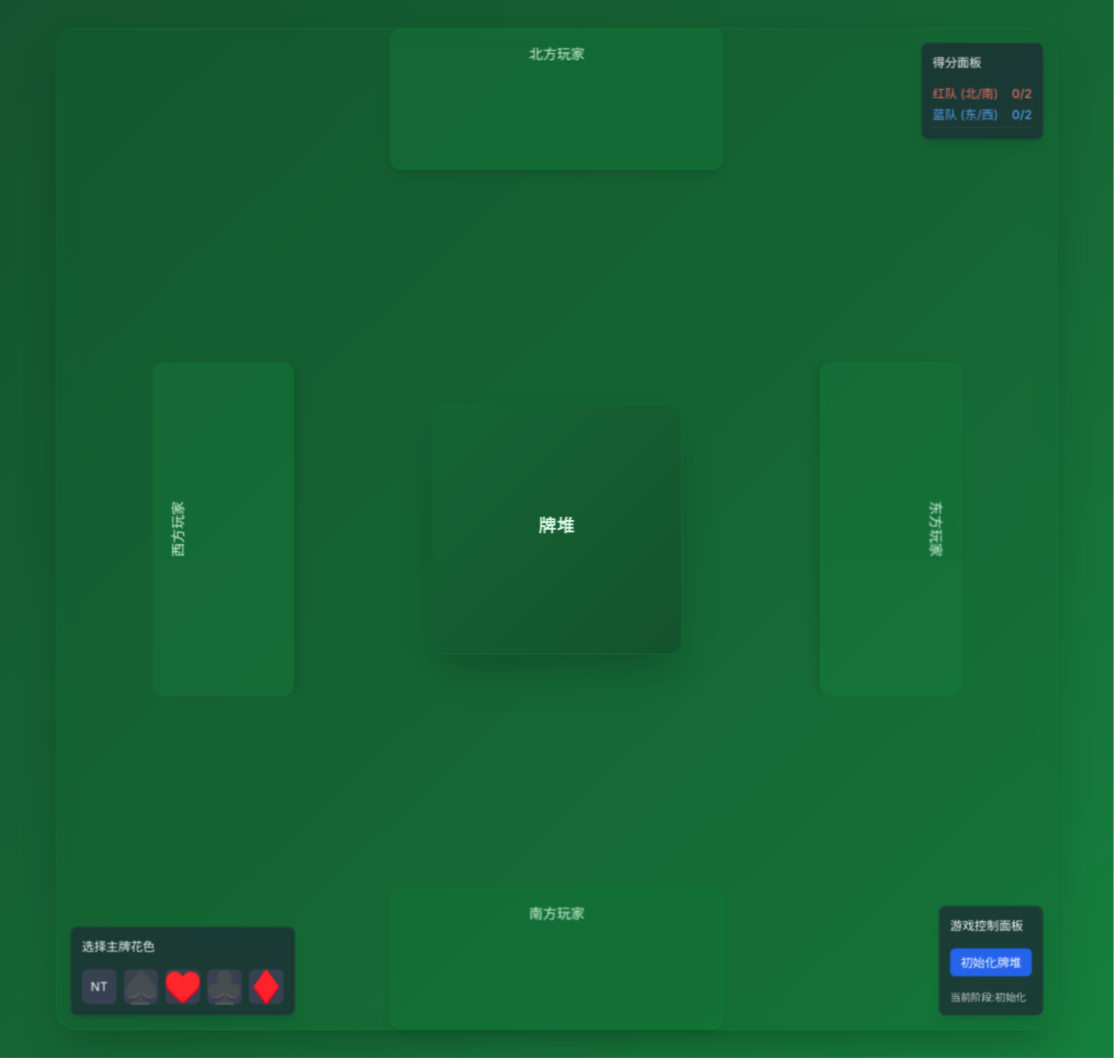
Repository: laofansay/Tractor80
Page: /
An editor plug-in stored every save of this project. The page is shown before and after the next save, followed by the edit.
The browser window is 1280 px wide. The pictures show the whole page, at 87% of full size.
The project was rebuilt for these pictures with package versions that can differ from the ones it lists, and the page was loaded fresh each time. The framework's server and built-in components were replaced by stand-ins that run in the browser. Also part of the build but not shown: next.config.js, app/components/Card.tsx.

Above is the page before, as saved 2025-03-11 13:08:30.

### app/layout.tsx
import type { Metadata } from 'next'
import { Inter } from 'next/font/google'
import './globals.css'

const inter = Inter({ subsets: ['latin'] })

export const metadata: Metadata = {
  title: 'Card Game',
  description: 'A Next.js Card Game Application',
}

export default function RootLayout({
  children,
}: {
  children: React.ReactNode
}) {
  return (
    <html lang="en">
      <body className={inter.className}>{children}</body>
    </html>
  )
}

### app/globals.css
@tailwind base;
@tailwind components;
@tailwind utilities;

:root {
  --foreground-rgb: 0, 0, 0;
  --background-start-rgb: 214, 219, 220;
  --background-end-rgb: 255, 255, 255;
}

@media (prefers-color-scheme: dark) {
  :root {
    --foreground-rgb: 255, 255, 255;
    --background-start-rgb: 0, 0, 0;
    --background-end-rgb: 0, 0, 0;
  }
}

body {
  color: rgb(var(--foreground-rgb));
  background: linear-gradient(
    to bottom,
    transparent,
    rgb(var(--background-end-rgb))
  )
  rgb(var(--background-start-rgb));
}

### app/components/AdminPanel.tsx
'use client';

import { useState } from 'react';
import { Card } from './Card';
import { GamePhase, Position } from './constant/Constant';

type AdminPanelProps = {
    onInitialize: () => void;
    onDeal: () => void;
    onPickBottomCards: () => void;
    onBottomCards: () => void;
    onStartPlaying: () => void;
    gamePhase: GamePhase;
    deckLength: number;
};

export function AdminPanel({
    onInitialize,
    onDeal,
    onPickBottomCards,
    onBottomCards,
    onStartPlaying,
    gamePhase,
    deckLength,
}: AdminPanelProps) {

    return (
        <div className="absolute bottom-4 right-4 p-3 bg-gray-800/70 rounded-lg backdrop-blur-md border border-gray-700/50 shadow-lg">
            <div className="flex flex-col gap-2">
                <div className="text-white text-sm mb-2 font-medium">游戏控制面板</div>

                {(gamePhase === 'initial' || gamePhase === 'playing') && (
                    <button
                        onClick={onInitialize}
                        className="px-3 py-1.5 bg-blue-600 hover:bg-blue-500 text-white rounded-md transition-colors text-sm"
                    >
                        {gamePhase === 'playing' ? '重新开始' : '初始化牌堆'}
                    </button>
                )}

                {gamePhase === 'initial' && deckLength > 0 && (
                    <button
                        onClick={onDeal}
                        className="px-3 py-1.5 bg-green-600 hover:bg-green-500 text-white rounded-md transition-colors text-sm"
                    >
                        开始发牌
                    </button>
                )}

                {gamePhase === 'pickBottomCards' && (
                    <button
                        onClick={onPickBottomCards}
                        className="px-3 py-1.5 bg-yellow-600 hover:bg-yellow-500 text-white rounded-md transition-colors text-sm"
                    >
                        庄家拾底
                    </button>
                )}

                {gamePhase === 'bottomCards' && (
                    <button
                        onClick={onBottomCards}
                        className="px-3 py-1.5 bg-yellow-600 hover:bg-yellow-500 text-white rounded-md transition-colors text-sm"
                    >
                        庄家扣底
                    </button>
                )}

                {gamePhase === 'bottomCards' && (
                    <button
                        onClick={onStartPlaying}
                        className="px-3 py-1.5 bg-red-600 hover:bg-red-500 text-white rounded-md transition-colors text-sm"
                    >
                        开始出牌
                    </button>
                )}

                <div className="text-gray-300 text-xs mt-2">
                    当前阶段:
                    {gamePhase === 'initial' && '初始化'}
                    {gamePhase === 'dealing' && '发牌中'}
                    {gamePhase === 'trumpSelection' && '亮主阶段'}
                    {gamePhase === 'pickBottomCards' && '庄家拾底'}
                    {gamePhase === 'bottomCards' && '庄家扣底'}
                    {gamePhase === 'playing' && '出牌阶段'}
                </div>
            </div>
        </div>
    );
}

### app/components/SoundEffect.tsx
'use client';

import { audioManager } from './AudioManager';

export class SoundEffect {
    static #instance;

    constructor() {
        // 私有构造函数，确保单例模式
    }

    public static getInstance(): SoundEffect {
        if (!SoundEffect.#instance) {
            SoundEffect.#instance = new SoundEffect();
        }
        return SoundEffect.#instance;
    }

    /**
     * 预加载音效
     * @param soundId 音效ID
     * @param soundPath 音效文件路径
     * @param fallbackSoundPath 备用音效路径（可选）
     */
    public preloadSound(soundId: string, soundPath: string, fallbackSoundPath?: string): void {
        if (typeof window === 'undefined') return; // 服务器端不执行

        // 使用AudioManager来处理音频加载
        audioManager.preloadSound(soundId, soundPath, fallbackSoundPath);
    }

    /**
     * 播放音效
     * @param soundId 音效ID
     * @returns 是否成功播放
     */
    public playSound(soundId: string): boolean {
        if (typeof window === 'undefined') return false; // 服务器端不执行

        // 使用AudioManager来处理音频播放
        return audioManager.playSound(soundId);
    }

    /**
     * 停止播放音效
     * @param soundId 音效ID
     */
    public stopSound(soundId: string): void {
        if (typeof window === 'undefined') return; // 服务器端不执行

        // 使用AudioManager来处理音频停止
        audioManager.stopSound(soundId);
    }

    /**
     * 检查音效是否已加载并可以播放
     * @param soundId 音效ID
     * @returns 是否可以播放
     */
    public canPlaySound(soundId: string): boolean {
        if (typeof window === 'undefined') return false; // 服务器端不执行

        // 使用AudioManager来检查音频是否可以播放
        return audioManager.canPlaySound(soundId);
    }

    /**
     * 启用或禁用所有音效
     * @param enabled 是否启用音效
     */
    public setAudioEnabled(enabled: boolean): void {
        audioManager.setAudioEnabled(enabled);
    }

    /**
     * 获取音效是否启用
     * @returns 音效是否启用
     */
    public isAudioEnabled(): boolean {
        return audioManager.isAudioEnabled();
    }
}

// 导出单例实例
export const soundEffect = SoundEffect.getInstance();

### app/components/ScorePanel.tsx
import React from 'react';
import { Position } from './constant/Constant';

interface ScorePanelProps {
  scores: {
    north: number;
    east: number;
    south: number;
    west: number;
  };
  dealerPosition: Position;
  redUpLevel: string;
  blueUpLevel: string;
}

export function ScorePanel({ scores, dealerPosition, redUpLevel, blueUpLevel }: ScorePanelProps) {
  // 计算庄家和闲家的总分
  const dealerScore = scores[dealerPosition];
  const nonDealerScore = Object.entries(scores)
    .filter(([position]) => position !== dealerPosition)
    .reduce((total, [_, score]) => total + score, 0);

  // 计算红蓝阵营的总分
  const redTeamScore = scores.north + scores.south;
  const blueTeamScore = scores.east + scores.west;

  return (
    <div className="absolute top-4 right-4 p-3 bg-gray-800/70 rounded-lg backdrop-blur-md border border-gray-700/50 shadow-lg">
      <div className="flex flex-col gap-2">
        <div className="text-white text-sm mb-2 font-medium">得分面板</div>
        <div className="space-y-1">
          <div className="flex justify-between text-sm">
            <span className="text-red-400">红队 (北/南)</span>
            <span className="text-red-400 font-medium ml-4">{redTeamScore}/{redUpLevel}</span>
          </div>
          <div className="flex justify-between text-sm">
            <span className="text-blue-400">蓝队 (东/西)</span>
            <span className="text-blue-400 font-medium ml-4">{blueTeamScore}/{blueUpLevel}</span>
          </div>
          <div className="border-t border-gray-700 my-2"></div>
        </div>
      </div>
    </div>
  );
}

### app/components/TrumpSelectionPanel.tsx
'use client';

import React from 'react';

type TrumpSelectionPanelProps = {
  onSelectTrump: (trumpSuit: string | null) => void;
  gamePhase: string;
  availableSuits: string[];
  trumpSuit: string;
};

export function TrumpSelectionPanel({ onSelectTrump, gamePhase, availableSuits, trumpSuit }: TrumpSelectionPanelProps) {
  // 检查是否已经选择了主牌
  const hasTrumpSelected = trumpSuit !== '';

  return (
    <div className="absolute bottom-4 left-4 p-3 bg-gray-800/70 rounded-lg backdrop-blur-md border border-gray-700/50 shadow-lg">
      <div className="flex flex-col gap-2">
        <div className="text-white text-sm mb-2 font-medium">选择主牌花色</div>
        <div className="flex flex-row gap-2">
          <button
            onClick={() => onSelectTrump('NT')}
            className={`w-10 h-10 ${(availableSuits.includes('J') || availableSuits.includes('B')) ? 'bg-red-600 hover:bg-red-500 cursor-pointer' : 'bg-gray-700 cursor-not-allowed'} text-white rounded-md transition-colors text-sm flex items-center justify-center`}
            title="无主"
          >
            NT
          </button>
          <button
            onClick={() => onSelectTrump('S')}
            className={`w-10 h-10 ${availableSuits.includes('S') ? 'bg-red-600 hover:bg-red-500 cursor-pointer' : 'bg-gray-700 cursor-not-allowed'} text-white rounded-md transition-colors text-4xl flex items-center justify-center`}
            title="黑桃"
          >
            ♠️
          </button>
          <button
            onClick={() => onSelectTrump('H')}
            className={`w-10 h-10 ${availableSuits.includes('H') ? 'bg-red-600 hover:bg-red-500 cursor-pointer' : 'bg-gray-700 cursor-not-allowed'} text-white rounded-md transition-colors text-4xl flex items-center justify-center`}
            title="红桃"
          >
            ♥️
          </button>
          <button
            onClick={() => onSelectTrump('C')}
            className={`w-10 h-10 ${availableSuits.includes('C') ? 'bg-red-600 hover:bg-red-500 cursor-pointer' : 'bg-gray-700 cursor-not-allowed'} text-white rounded-md transition-colors text-4xl flex items-center justify-center`}
            title="梅花"
          >
            ♣️
          </button>
          <button
            onClick={() => onSelectTrump('D')}
            className={`w-10 h-10 ${availableSuits.includes('D') ? 'bg-red-600 hover:bg-red-500 cursor-pointer' : 'bg-gray-700 cursor-not-allowed'} text-white rounded-md transition-colors text-4xl flex items-center justify-center`}
            title="方块"
          >
            ♦️
          </button>
        </div>
        {hasTrumpSelected && (
          <div className="text-green-400 text-xs mt-2">已选择主牌，等待进入下一阶段</div>
        )}
      </div>
    </div >
  );
}

### app/components/AudioManager.tsx
'use client';

/**
 * 音频管理器类
 * 提供音效加载、播放和错误处理功能
 */
export class AudioManager {
  private static instance: AudioManager;
  private audioElements: Map<string, HTMLAudioElement> = new Map();
  private fallbackMode: boolean = false;
  private audioEnabled: boolean = true;

  private constructor() {
    // 私有构造函数，确保单例模式
    this.checkAudioSupport();
  }

  public static getInstance(): AudioManager {
    if (!AudioManager.instance) {
      AudioManager.instance = new AudioManager();
    }
    return AudioManager.instance;
  }

  /**
   * 检查浏览器是否支持音频
   */
  private checkAudioSupport(): void {
    if (typeof window === 'undefined') return;

    try {
      const audio = new Audio();
      this.audioEnabled = !!audio && typeof audio.play === 'function';
      if (!this.audioEnabled) {
        console.warn('当前环境不支持音频播放');
      }
    } catch (error) {
      console.error('检查音频支持时出错:', error);
      this.audioEnabled = false;
    }
  }

  /**
   * 预加载音效
   * @param soundId 音效ID
   * @param soundPath 音效文件路径
   * @param fallbackSoundPath 备用音效路径（可选）
   */
  public preloadSound(soundId: string, soundPath: string, fallbackSoundPath?: string): void {
    if (typeof window === 'undefined' || !this.audioEnabled) return;

    if (!this.audioElements.has(soundId)) {
      try {
        // 确保路径正确，添加基础URL前缀
        const fullPath = soundPath.startsWith('/') ? soundPath : `/${soundPath}`;
        const baseUrl = window.location.origin;
        const absolutePath = new URL(fullPath, baseUrl).toString();

        const audio = new Audio();
        audio.preload = 'auto';

        // 添加加载错误处理
        audio.addEventListener('error', (e) => {
          const errorDetails = {
            code: audio.error?.code,
            message: audio.error?.message,
            path: absolutePath
          };
          console.error(`音效 ${soundId} 加载失败:`, errorDetails);

          // 尝试加载备用音效
          if (fallbackSoundPath && !this.fallbackMode) {
            console.log(`尝试加载备用音效: ${fallbackSoundPath}`);
            this.fallbackMode = true;
            this.preloadSound(soundId, fallbackSoundPath);
          }
        });

        // 添加加载成功处理
        audio.addEventListener('canplaythrough', () => {
          console.log(`音效 ${soundId} 加载成功，可以播放`);
        });

        // 设置音频源
        audio.src = absolutePath;

        this.audioElements.set(soundId, audio);
      } catch (error) {
        console.error(`音效 ${soundId} 初始化失败:`, error);
      }
    }
  }

  /**
   * 播放音效
   * @param soundId 音效ID
   * @returns 是否成功播放
   */
  public playSound(soundId: string): boolean {
    if (typeof window === 'undefined' || !this.audioEnabled) return false;

    const audio = this.audioElements.get(soundId);
    if (audio) {
      // 检查音频是否已加载并可以播放
      if (audio.error) {
        console.error(`音效 ${soundId} 无法播放，加载失败:`, audio.error);
        return false;
      }

      // 检查音频是否已经加载足够的数据可以播放
      if (audio.readyState < 2) { // HAVE_CURRENT_DATA or higher
        console.warn(`音效 ${soundId} 尚未加载完成，无法播放`);
        return false;
      }

      try {
        // 重置音频以便重复播放
        audio.currentTime = 0;
        const playPromise = audio.play();

        if (playPromise !== undefined) {
          playPromise.catch(error => {
            console.error(`播放音效 ${soundId} 失败:`, error);
          });
        }
        return true;
      } catch (error) {
        console.error(`播放音效 ${soundId} 时出错:`, error);
        return false;
      }
    } else {
      console.warn(`音效 ${soundId} 未预加载`);
      return false;
    }
  }

  /**
   * 停止播放音效
   * @param soundId 音效ID
   */
  public stopSound(soundId: string): void {
    if (typeof window === 'undefined' || !this.audioEnabled) return;

    const audio = this.audioElements.get(soundId);
    if (audio) {
      try {
        audio.pause();
        audio.currentTime = 0;
      } catch (error) {
        console.error(`停止音效 ${soundId} 时出错:`, error);
      }
    }
  }

  /**
   * 检查音效是否已加载并可以播放
   * @param soundId 音效ID
   * @returns 是否可以播放
   */
  public canPlaySound(soundId: string): boolean {
    if (typeof window === 'undefined' || !this.audioEnabled) return false;

    const audio = this.audioElements.get(soundId);
    if (!audio) return false;

    // 检查音频元素是否有错误
    if (audio.error) return false;

    // 检查音频是否已经加载足够的数据可以播放
    return audio.readyState >= 2; // HAVE_CURRENT_DATA or higher
  }

  /**
   * 启用或禁用所有音效
   * @param enabled 是否启用音效
   */
  public setAudioEnabled(enabled: boolean): void {
    this.audioEnabled = enabled;
  }

  /**
   * 获取音效是否启用
   * @returns 音效是否启用
   */
  public isAudioEnabled(): boolean {
    return this.audioEnabled;
  }

  /**
   * 创建一个简单的音效（用于在无法加载外部音效时使用）
   * @param frequency 频率（赫兹）
   * @param duration 持续时间（毫秒）
   * @param volume 音量（0-1）
   * @returns 音频元素
   */
  public createToneSound(frequency: number = 440, duration: number = 200, volume: number = 0.5): HTMLAudioElement | null {
    if (typeof window === 'undefined' || !this.audioEnabled) return null;

    try {
      // 检查是否支持Web Audio API
      if (!window.AudioContext && !(window as any).webkitAudioContext) {
        console.warn('当前浏览器不支持Web Audio API');
        return null;
      }

      const AudioContext = window.AudioContext || (window as any).webkitAudioContext;
      const audioCtx = new AudioContext();

      // 创建振荡器
      const oscillator = audioCtx.createOscillator();
      oscillator.type = 'sine';
      oscillator.frequency.setValueAtTime(frequency, audioCtx.currentTime);

      // 创建音量控制
      const gainNode = audioCtx.createGain();
      gainNode.gain.setValueAtTime(volume, audioCtx.currentTime);

      // 连接节点
      oscillator.connect(gainNode);
      gainNode.connect(audioCtx.destination);

      // 创建音频元素
      const audio = new Audio();

      // 开始振荡
      oscillator.start();

      // 设置定时器停止振荡
      setTimeout(() => {
        oscillator.stop();
        audioCtx.close();
      }, duration);

      return audio;
    } catch (error) {
      console.error('创建音效失败:', error);
      return null;
    }
  }
}

// 导出单例实例
export const audioManager = AudioManager.getInstance();

Loaded but not shown: tailwind.config.js (19 lines, source omitted); app/page.tsx (835 lines, source omitted); app/components/CardArea.tsx (187 lines, source omitted)

After the next save:
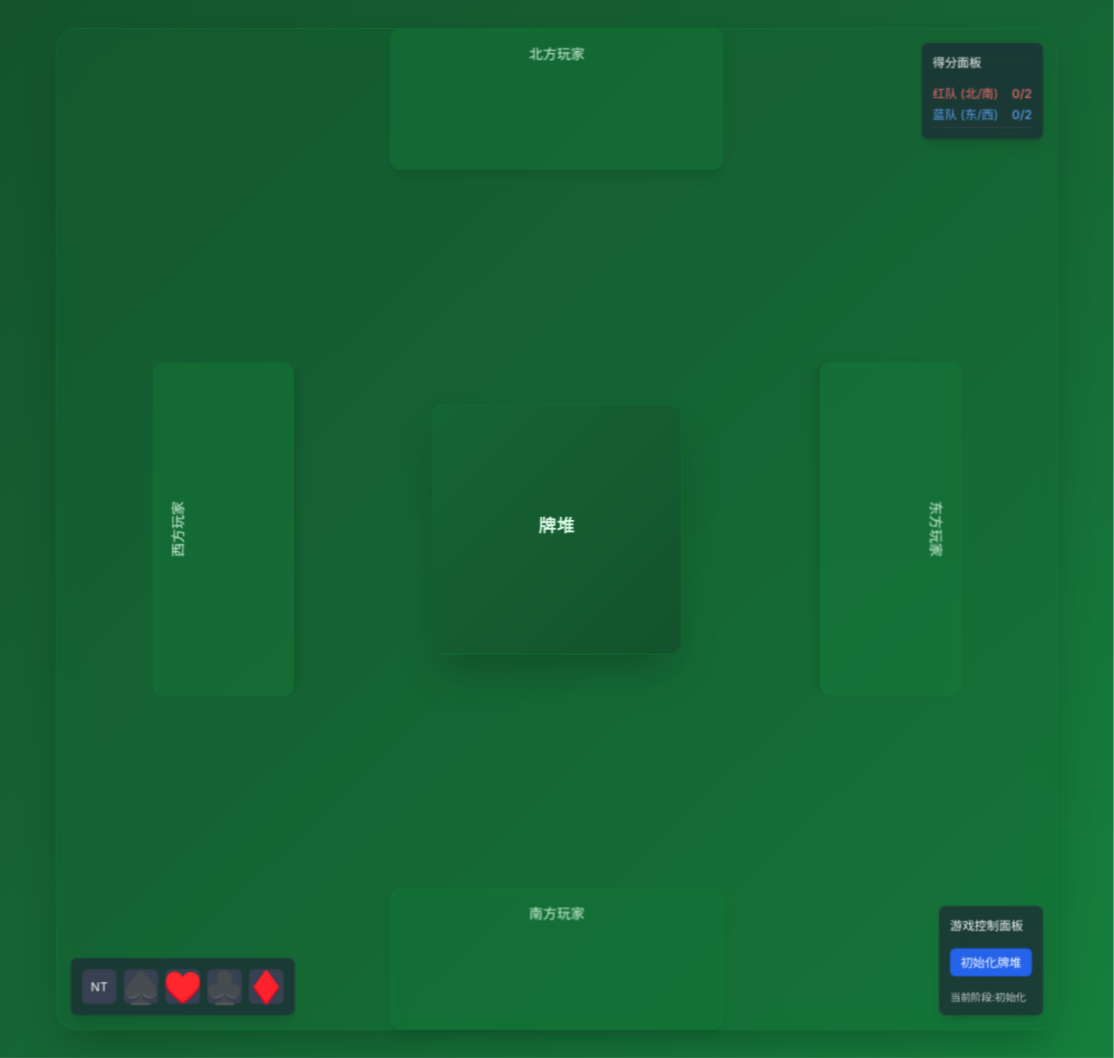
Saved 75 s later.
--- a/app/components/TrumpSelectionPanel.tsx
+++ b/app/components/TrumpSelectionPanel.tsx
@@ -16,7 +16,6 @@ export function TrumpSelectionPanel({ onSelectTrump, gamePhase, availableSuits,
   return (
     <div className="absolute bottom-4 left-4 p-3 bg-gray-800/70 rounded-lg backdrop-blur-md border border-gray-700/50 shadow-lg">
       <div className="flex flex-col gap-2">
-        <div className="text-white text-sm mb-2 font-medium">选择主牌花色</div>
         <div className="flex flex-row gap-2">
           <button
             onClick={() => onSelectTrump('NT')}
